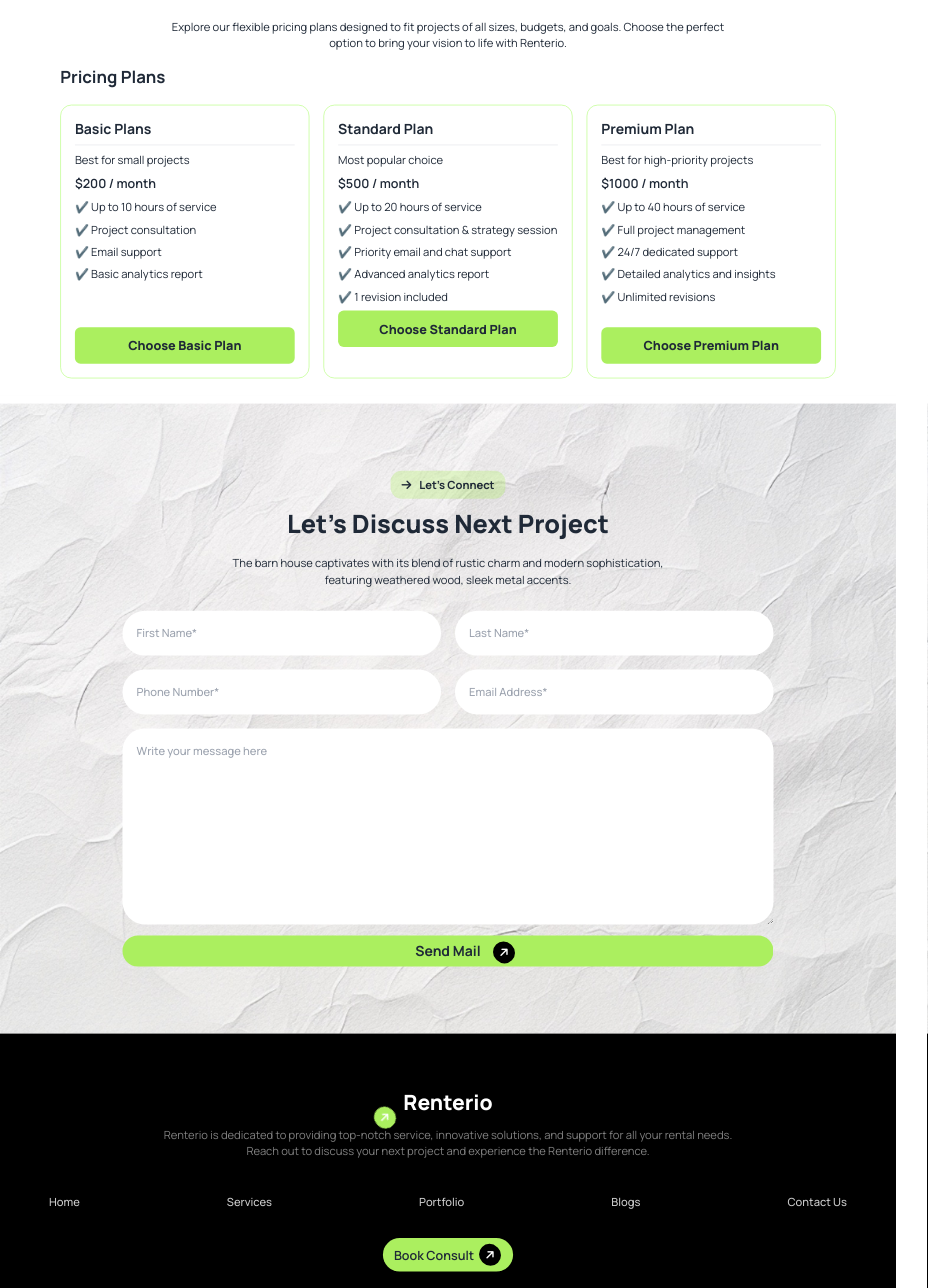
Repository: Tanvir4312/assignment-03
Page: index.html
The author's editor kept a copy of each file at every save. The page is drawn from the files as they stood at one save, then again after the next save.
The browser window is 1280 px wide. The page is 1325 px wide, so the pictures cover 1325 px, including what lies to the right of the window. The pictures show the part of the page from y = 3182 to 5022 px (the page is 5022 px tall), at 70% of full size.
Some web libraries are served in a nearby version.

Above is the page before, as saved 2024-10-30 21:57:38.

### index.html
<!DOCTYPE html>
<html lang="en">

<head>
    <meta charset="UTF-8">
    <meta name="viewport" content="width=device-width, initial-scale=1.0">
    <title>Renterio</title>
    <link rel="stylesheet" href="styles/styles.css">
    <!-- DaisyUI -->
    <link href="https://cdn.jsdelivr.net/npm/daisyui@4.12.14/dist/full.min.css" rel="stylesheet" type="text/css" />
    <script src="https://cdn.tailwindcss.com"></script>
    <!-- Icon -->
    <link rel="stylesheet" href="https://cdnjs.cloudflare.com/ajax/libs/font-awesome/6.6.0/css/all.min.css"
        integrity="sha512-Kc323vGBEqzTmouAECnVceyQqyqdsSiqLQISBL29aUW4U/M7pSPA/gEUZQqv1cwx4OnYxTxve5UMg5GT6L4JJg=="
        crossorigin="anonymous" referrerpolicy="no-referrer" />

    <script>
        tailwind.config = {
            theme: {
                extend: {
                    colors: {
                        clifford: '#da373d',
                        bgBtnColor: '#ABEF5F',
                        btnTextAndWorksTextColor: '#1C1C1C',
                        mainColor: '#212121',
                        secondaryColor: '#494949',

                    }
                }
            }
        }
    </script>
</head>

<body class="manrope-font">
    <header>
        <!-- Navbar -->
        <nav class="container mx-auto">
            <div class="navbar relative py-14">
                <div class="navbar-start">
                    <div class="absolute right-0">
                        <div class="dropdown">
                            <div tabindex="0" role="button"
                                class="btn btn-ghost mr-2 lg:hidden border border-[rgba(233,233,233)] rounded-full bg-[#f9f8f8]">
                                <svg xmlns="http://www.w3.org/2000/svg" class="h-5 w-5" fill="none" viewBox="0 0 24 24"
                                    stroke="currentColor">
                                    <path stroke-linecap="round" stroke-linejoin="round" stroke-width="2"
                                        d="M4 6h16M4 12h8m-8 6h16" />
                                </svg>
                            </div>
                            <div class="absolute -left-20">
                                <ul tabindex=""
                                    class="menu menu-sm dropdown-content bg-base-100 rounded-box z-[1] p-2 shadow w-32">
                                    <li><a>Home</a></li>
                                    <li><a>Services</a></li>
                                    <li><a>Portfolio</a></li>
                                    <li><a>Blogs</a></li>
                                    <li><a>Contact Us</a></li>
                                </ul>
                            </div>
                        </div>
                    </div>
                    <i class="fa-solid fa-arrow-right -rotate-45 bg-bgBtnColor p-2 rounded-full	"></i>
                    <a class="btn btn-ghost font-extrabold text-3xl pl-2">Renterio</a>
                </div>
                <div class="navbar-center hidden lg:flex">
                    <ul class="menu menu-horizontal px-1">
                        <li><a class="font-extrabold">Home</a></li>
                        <li><a>Services</a></li>
                        <li><a>Portfolio</a></li>
                        <li><a>Blogs</a></li>
                        <li><a>Contact Us</a></li>
                    </ul>
                </div>

                <div class="navbar-end hidden md:block">
                    <div class="flex justify-end">
                        <div class="flex items-center gap-3 mr-2">
                            <div class="px-3 py-1 border border-[rgba(233,233,233)] rounded-full bg-[#f9f8f8]">
                                <i class="fa-solid fa-magnifying-glass"></i>
                            </div>
                            <div class="px-3 py-1 border border-[rgba(233,233,233)] rounded-full bg-[#f9f8f8]">
                                <i class="fa-solid fa-cart-shopping"></i>
                            </div>
                        </div>
                        <div class="relative ">
                            <button class="btn bg-bgBtnColor rounded-3xl pr-14 text-lg font-semibold">Book
                                Consult</button>
                            <i
                                class="fa-solid fa-arrow-right -rotate-45 bg-black text-white p-2 rounded-full absolute top-2 right-4 "></i>
                        </div>
                    </div>
                </div>
            </div>
        </nav>
        <!-- Banner -->
        <section class="banner text-center">
            <!-- Banner Image -->
            <div class="flex justify-center px-14">
                <img src="./assets/banner.png" alt="">
            </div>
            <!-- Banner Text -->
            <div class="mt-6">
                <h1 class="text-3xl md:text-6xl font-extrabold md:leading-[80px]">A barn house of this design
                    has a <br>striking appearance
                </h1>
                <p class="mt-6 mb-8 px-5">The barn house captivates with its blend of rustic charm and modern
                    sophistication,
                    featuring weathered wood, sleek metal <br> accents, and large windows that flood the space with
                    natural light.</p>
                <!-- Banner Button -->
                <div class="relative flex px-2 md:justify-center md:items-center">
                    <div class="w-full text-start md:text-center">
                        <button
                            class="btn border border-[rgba(171,239,95)] bg-[rgba(171,239,95,0.5)] rounded-3xl mainColor text-xl font-extrabold pr-14 l w-full md:w-52">View
                            Details</button>
                    </div>
                    <div>
                        <i
                            class="fa-solid fa-arrow-right -rotate-45 bg-bgBtnColor p-2 rounded-full absolute bottom-2 right-[590px]"></i>

                        <i
                            class="md:hidden absolute top-3 right-20 fa-solid fa-arrow-right -rotate-45 bg-bgBtnColor p-2 rounded-full"></i>
                    </div>
                </div>
            </div>
        </section>
    </header>

    <main class="bg-[#F4F4F4]">
        <!-- Commercial and Residential Section -->
        <section class="bg-[#F4F4F4] md:my-24 my-5 pt-7 pb-5 md:pb-20">
            <!-- Vector Image -->
            <img class="hidden md:block border-dashed border-2 border-slate-300 py-7 ml-9" src="./assets/Vector.png"
                alt="">
            <div class="md:w-[1140px] mx-auto grid md:grid-cols-2 grid-cols-1 gap-5 p-4 md:p-0">
                <div>
                    <!-- About Us Button -->
                    <div class="flex justify-center md:flex-col">
                        <div class="bg-white w-32 py-2 px-4 rounded-2xl">
                            <i class="fa-solid fa-arrow-right pr-2"></i>
                            <button class="font-bold">About Us</button>
                        </div>
                    </div>
                    <!-- Text -->
                    <div class="mt-4 md:text-start text-center">
                        <h1 class="text-2xl md:text-4xl font-bold mainColor mb-6">We design thoughtful, <br> liveable
                            spaces
                        </h1>
                        <p class="secondaryColor">The barn house captivates with its blend of rustic charm and
                            modern sophistication, featuring weathered wood, sleek metal accents.</p>
                    </div>

                    <div class="flex md:items-center gap-5 my-6 bg-white p-6 rounded-2xl">
                        <!-- Image -->
                        <div>
                            <img src="./assets/commercial.png" alt="">
                        </div>
                        <!-- Text -->
                        <div>
                            <h3 class="text-xl font-extrabold">Commercial</h3>
                            <p><small>The barn house captivates with its blend <br> of rustic charm and modern.</small>
                            </p>
                        </div>
                    </div>
                    <div class="flex md:items-center gap-5 bg-white p-6 rounded-2xl">
                        <!-- Image -->
                        <div>
                            <img src="./assets/residential.png" alt="">
                        </div>
                        <!-- Text -->
                        <div>
                            <h3 class="text-xl font-extrabold">Residential</h3>
                            <p><small>The barn house captivates with its blend <br> of rustic charm and modern.</small>
                            </p>
                        </div>
                    </div>

                </div>
                <!-- Image -->
                <div>
                    <img class="h-60 w-full md:h-[500px]" src="./assets/Rectangle.png" alt="">
                </div>
            </div>
        </section>
        <!-- Works Process section -->
        <section class="md:w-[1140px] mx-auto px-4 md:px-0 md:pb-24">
            <!-- Works Button -->
            <div class="flex justify-center">
                <div class="bg-white py-2 px-4 rounded-2xl">
                    <i class="fa-solid fa-arrow-right pr-2"></i>
                    <button class="font-bold">How We Works</button>
                </div>
            </div>
            <!-- Text -->
            <div class="text-center">
                <h1 class="py-4 md:py-6 text-2xl md:text-4xl font-bold">Our Works Process</h1>
                <p>The barn house captivates with its blend of rustic charm and modern sophistication, <br> featuring
                    weathered wood, sleek metal accents.</p>
            </div>
            <!-- Card -->
            <div class="card grid grid-cols-1 md:grid-cols-4 gap-4 my-8">
                <div class="bg-[rgba(231,193,211)] rounded-2xl p-5">
                    <img src="./assets/concept.png" alt="">
                    <h4 class="py-2 text-xl font-bold">Concept</h4>
                    <p>The barn house captivates with its blend of rustic charm and modern.</p>
                </div>
                <div class="bg-[rgba(239,218,110)] rounded-2xl p-5">
                    <img src="./assets/flow-chart.png" alt="">
                    <h4 class="py-2 text-xl font-bold">Design Process</h4>
                    <p>The barn house captivates with its blend of rustic charm and modern.</p>
                </div>
                <div class="bg-[rgba(164,218,195)] rounded-2xl p-5">
                    <img src="./assets/concept.png" alt="">
                    <h4 class="py-2 text-xl font-bold">Supervision</h4>
                    <p>The barn house captivates with its blend of rustic charm and modern.</p>
                </div>
                <div class="bg-[rgba(119,170,234)] rounded-2xl p-5">
                    <img src="./assets/concept.png" alt="">
                    <h4 class="py-2 text-xl font-bold">Budget Planning</h4>
                    <p>The barn house captivates with its blend of rustic charm and modern.</p>
                </div>
            </div>
        </section>
        <!-- Latest Portfolio Section -->
        <section class="md:bg-white">
            <div class=" md:w-[1140px] mx-auto py-6 px-4 md:pt-20">
                <!-- Latest Works Button -->
                <div class="flex justify-center">
                    <div class="bg-[rgba(171,239,95,0.2)] py-2 px-4 rounded-2xl">
                        <i class="fa-solid fa-arrow-right pr-2"></i>
                        <button class="font-bold">Explore our Latest works</button>
                    </div>
                </div>
                <!-- Text -->
                <div class="text-center">
                    <h1 class="pt-4 pb-6 md:text-4xl text-2xl font-bold">Our Latest Portfolio</h1>
                    <p>The barn house captivates with its blend of rustic charm and modern sophistication, <br>
                        featuring
                        weathered wood, sleek metal accents.</p>
                </div>
                <!-- Latest Portfolio Card First Row -->
                <div class="pt-8 grid grid-cols-1 md:grid-cols-3 gap-5">
                    <!-- First Card -->
                    <div class="md:col-span-2 rounded-2xl ">
                        <div class="md:flex gap-6 border border-[rgba(233,233,233)] rounded-2xl p-5 bg-white">
                            <img src="./assets/img1.png" alt="">
                            <div>
                                <h3 class="text-2xl font-extrabold">Commercial</h3>
                                <p class="pt-4 pb-6">The barn house captivates with its blend of rustic charm and
                                    modern. The barn house
                                    captivates with its blend of rustic charm and modern .</p>

                                <a class="text-xl font-extrabold pr-1" href="">View Details</a>
                                <i class="fa-solid fa-arrow-right -rotate-45 bg-bgBtnColor p-2 rounded-full	"></i>
                            </div>
                        </div>
                    </div>
                    <!-- Second Card -->
                    <div class="border border-[rgba(233,233,233)] rounded-2xl p-5 bg-white">
                        <img src="./assets/img2.png" alt="">
                    </div>

                </div>
                <!-- Latest Portfolio Card Second Row -->
                <div class="grid grid-cols-1 md:grid-cols-4 gap-5 mt-5">
                    <!-- First Card -->
                    <div class="border border-[rgba(233,233,233)] rounded-2xl p-5 bg-white">
                        <img class="h-full w-full" src="./assets/img3.png" alt="">
                    </div>
                    <!-- Second Card -->
                    <div class="md:col-span-2 rounded-2xl ">
                        <div class="md:flex gap-6 border border-[rgba(233,233,233)] rounded-2xl p-5 bg-white">
                            <img src="./assets/img4.png" alt="">
                            <div>
                                <h3 class="text-2xl font-extrabold">Commercial</h3>
                                <p class="pt-4 pb-6">The barn house captivates with its blend of rustic charm and
                                    modern.</p>

                                <a class="text-xl font-extrabold pr-1" href="">View Details</a>
                                <i class="fa-solid fa-arrow-right -rotate-45 bg-bgBtnColor p-2 rounded-full	"></i>
                            </div>
                        </div>
                    </div>
                    <!-- Third Card -->
                    <div class="border border-[rgba(233,233,233)] rounded-2xl p-5 bg-white">
                        <img class="h-full w-full" src="./assets/img5.png" alt="">
                    </div>

                </div>
            </div>
        </section>
        <!-- Perfect Plan Section -->
        <section class="md:bg-white">
            <div class="md:w-[1140px] mx-auto py-6 px-4 md:pt-20">
                <!-- Text -->
                <div class="text-center">
                    <h1 class="text-2xl md:text-4xl font-extrabold">Choose the Perfect Plan for Your Needs</h1>
                    <p class="py-5">Explore our flexible pricing plans designed to fit projects of all sizes, budgets,
                        and goals. Choose the perfect <br> option to bring your vision to life with Renterio.</p>
                </div>
                <p class="text-2xl font-bold pb-6">Pricing Plans</p>
                <!-- Cards -->
                <div class="grid grid-cols-1 md:grid-cols-3 gap-5">
                    <!-- Card-01 -->
                    <div class="border border-[#bdfe8b] p-5 rounded-2xl bg-white">
                        <div class="space-y-2">
                            <h3 class="text-xl font-bold">Basic Plans</h3>
                            <hr>
                            <p>Best for small projects</p>
                            <h5 class="text-lg font-semibold">$200 / month</h5>
                            <li class="list-none">✔️ Up to 10 hours of service</li>
                            <li class="list-none">✔️ Project consultation</li>
                            <li class="list-none">✔️ Email support</li>
                            <li class="list-none">✔️ Basic analytics report</li>
                        </div>

                        <button class="bg-bgBtnColor p-3 rounded-lg text-lg font-extrabold mt-16 w-full">Choose
                            Basic Plan</button>

                    </div>
                    <!-- Card-02 -->
                    <div class="border border-[#bdfe8b] p-5 rounded-2xl bg-white">
                        <div class="space-y-2">
                            <h3 class="text-xl font-bold">Standard Plan</h3>
                            <hr>
                            <p>Most popular choice</p>
                            <h5 class="text-lg font-semibold">$500 / month</h5>
                            <li class="list-none">✔️ Up to 20 hours of service</li>
                            <li class="list-none">✔️ Project consultation & strategy session</li>
                            <li class="list-none">✔️ Priority email and chat support</li>
                            <li class="list-none">✔️ Advanced analytics report</li>
                            <li class="list-none">✔️ 1 revision included</li>
                        </div>

                        <button class="bg-bgBtnColor p-3 rounded-lg text-lg font-extrabold mt-2 w-full">Choose Standard
                            Plan</button>

                    </div>
                    <!-- Card-03 -->
                    <div class="border border-[#bdfe8b] p-5 rounded-2xl bg-white">
                        <div class="space-y-2">
                            <h3 class="text-xl font-bold">Premium Plan</h3>
                            <hr>
                            <p>Best for high-priority projects</p>
                            <h5 class="text-lg font-semibold">$1000 / month</h5>
                            <li class="list-none">✔️ Up to 40 hours of service</li>
                            <li class="list-none">✔️ Full project management</li>
                            <li class="list-none">✔️ 24/7 dedicated support</li>
                            <li class="list-none">✔️ Detailed analytics and insights</li>
                            <li class="list-none">✔️ Unlimited revisions</li>
                        </div>

                        <button class="bg-bgBtnColor p-3 rounded-lg text-lg font-extrabold mt-8 w-full">Choose Premium
                            Plan</button>

                    </div>
                </div>
            </div>
        </section>
    </main>
    <!-- Next Project Section -->
    <section class="next-project mt-3">
        <div class=" md:w-[970px] mx-auto py-7 md:py-24 px-5">
            <!-- Button -->
            <div class="flex justify-center">
                <div class="bg-[rgba(171,239,95,0.3)] py-2 px-4 rounded-2xl">
                    <i class="fa-solid fa-arrow-right pr-2"></i>
                    <button class="font-bold">Let’s Connect</button>
                </div>
            </div>
            <!-- Text -->
            <div class="text-center">
                <h1 class="text-2xl md:text-4xl font-extrabold pt-4">Let’s Discuss Next Project</h1>
                <p class="pt-6 pb-8">The barn house captivates with its blend of rustic charm and modern sophistication,
                    <br> featuring weathered wood, sleek metal accents.
                </p>
            </div>
            <!-- Input Field -->
            <div class="grid grid-cols-1 md:grid-cols-2 gap-5">
                <input class="p-5 rounded-[64px]" type="text" name="" id="" placeholder="First Name*">
                <input class="p-5 rounded-[64px]" type="text" name="" id="" placeholder="Last Name*">
                <input class="p-5 rounded-[64px]" type="text" name="" id="" placeholder="Phone Number*">
                <input class="p-5 rounded-[64px]" type="text" name="" id="" placeholder="Email Address*">
                <textarea class="md:col-span-2 p-5 rounded-[32px]" name="" id="" cols="30" rows="10"
                    placeholder="Write your message here"></textarea>
            </div>
            <!-- Button -->
            <div class="relative">
                <button class="bg-bgBtnColor w-full text-xl font-bold py-2 rounded-[32px] mt-4">Send Mail</button>
                <i
                    class="fa-solid fa-arrow-right -rotate-45 bg-black text-white p-2 rounded-full md:absolute md:top-6 md:right-[370px] hidden md:block"></i>
                <i
                    class="fa-solid fa-arrow-right -rotate-45 bg-black text-white p-2 rounded-full absolute top-6 right-14 md:hidden"></i>
            </div>
        </div>
    </section>

    <footer class="bg-black">
        <div class="md:w-[1140px] mx-auto py-6">

            <div class=" text-white">
                <div class="relative">
                    <i class="fa-solid fa-arrow-right -rotate-45 bg-bgBtnColor p-2 rounded-full	md:absolute top-14 left-[465px] absolute top-20"></i>
                    <span>
                        <h1 class="text-xl md:text-3xl font-extrabold pt-14 text-center">Renterio</h1>
                </div>
                </span>
                <p class="pt-4 pb-12 opacity-50 text-center">Renterio is dedicated to providing top-notch service,
                    innovative solutions, and support for all your rental needs. <br> Reach out to discuss your next
                    project and experience the Renterio difference.</p>
            </div>
            <div class="md:flex  justify-between text-white font-medium opacity-80">
                <p><a href="">Home</a></p>
                <p><a href="">Services</a></p>
                <p><a href="">Portfolio</a></p>
                <p><a href="">Blogs</a></p>
                <p><a href="">Contact Us</a></p>
            </div>

            <div class="relative ">
                <div class="flex justify-center mt-10">
                    <button class="btn bg-bgBtnColor rounded-3xl pr-14 text-lg font-semibold border-none">Book
                        Consult</button>
                </div>
                <i
                    class="fa-solid fa-arrow-right -rotate-45 bg-black text-white p-2 rounded-full absolute top-2 right-[495px] "></i>
            </div>

        </div>
    </footer>
</body>

</html>

Loaded but not shown: styles/styles.css (20 lines, source omitted)

After the next save:
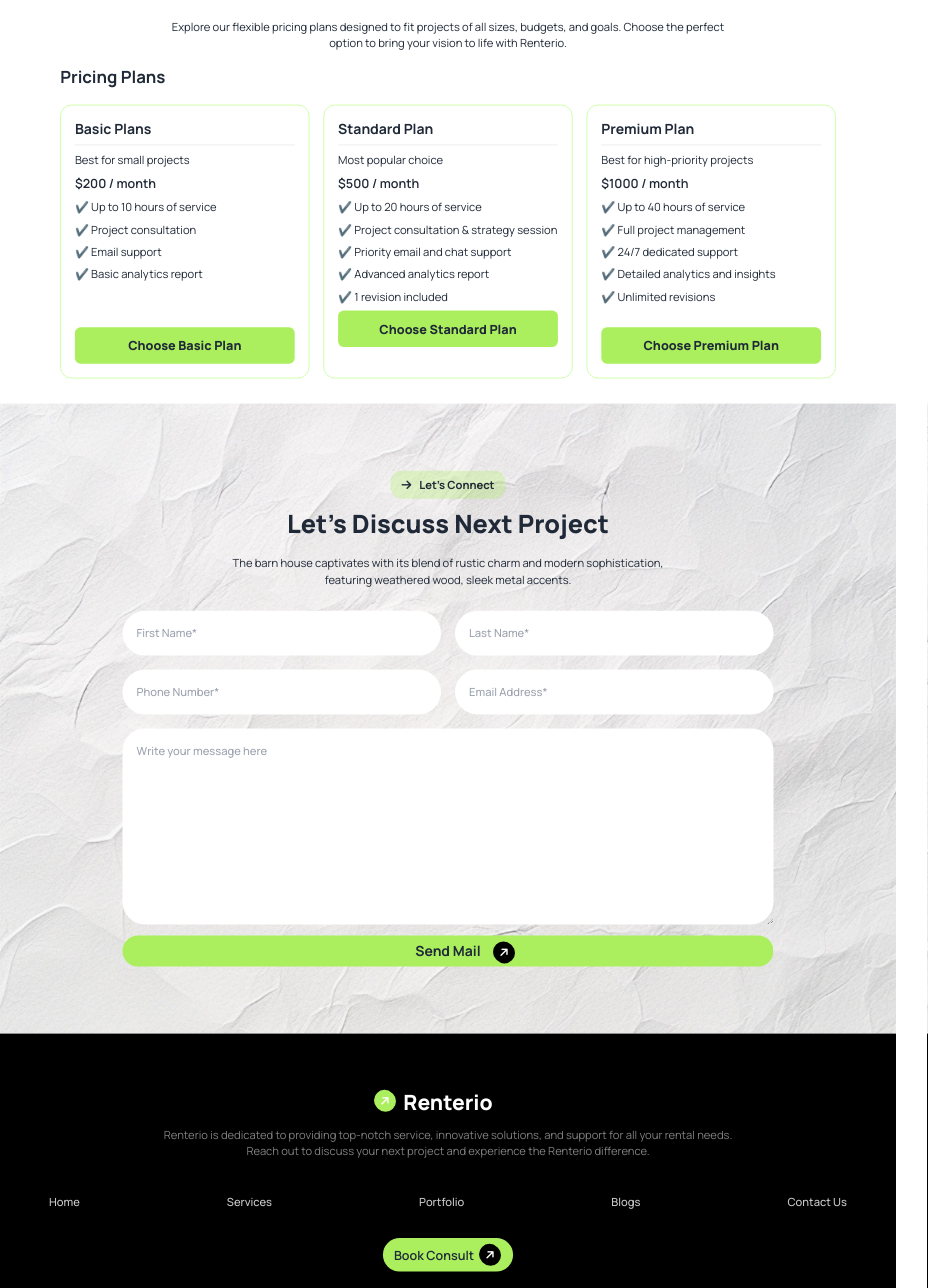
Saved 20 s later.
--- a/index.html
+++ b/index.html
@@ -401,7 +401,7 @@
 
             <div class=" text-white">
                 <div class="relative">
-                    <i class="fa-solid fa-arrow-right -rotate-45 bg-bgBtnColor p-2 rounded-full	md:absolute top-14 left-[465px] absolute top-20"></i>
+                    <i class="fa-solid fa-arrow-right -rotate-45 bg-bgBtnColor p-2 rounded-full	md:absolute md:top-14 md:left-[465px] absolute top-20"></i>
                     <span>
                         <h1 class="text-xl md:text-3xl font-extrabold pt-14 text-center">Renterio</h1>
                 </div>
